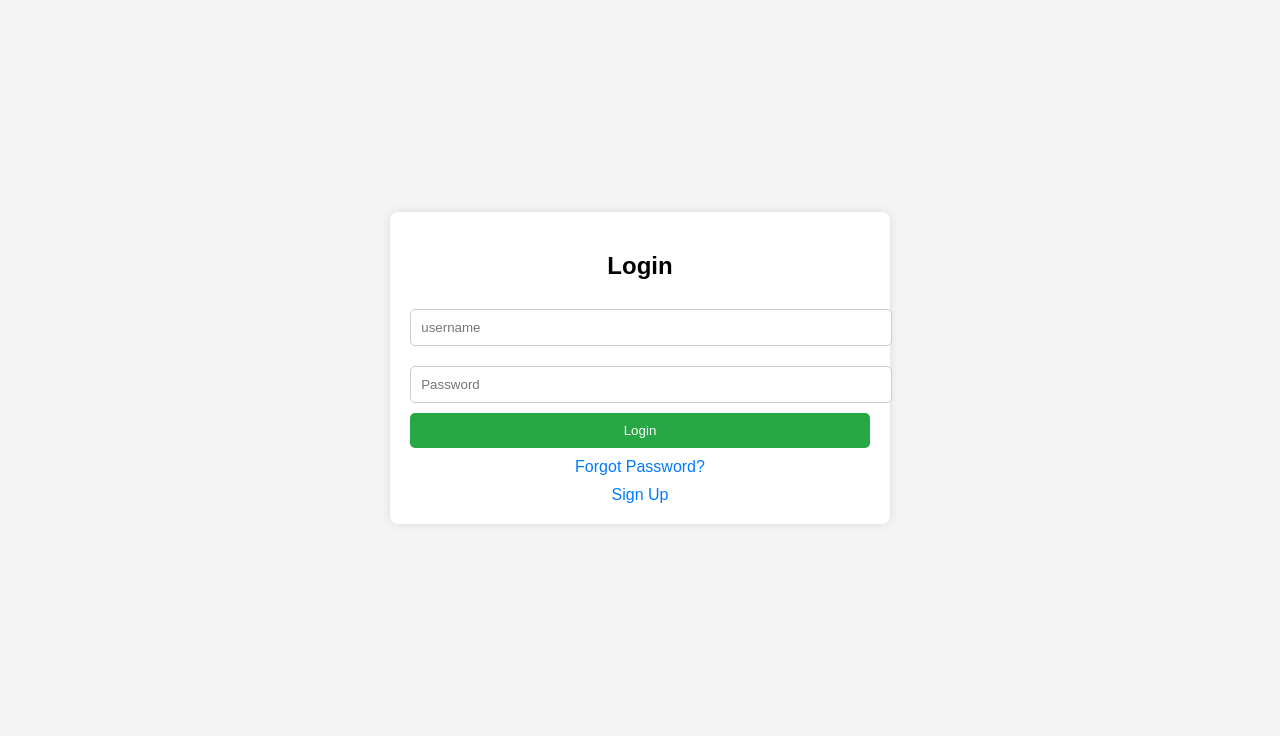
Repository: rahulmadasuongole/Demo
Page: firstwedapp/build/classes/webapp/loginfrom.html
These files come from the project's save history. The page is drawn as it stood at one moment and after the next save; the edit follows.
The browser window is 1280 px wide. The pictures show the whole page.

Above is the page before, as saved 2025-03-05 11:26:41.

After the next save:
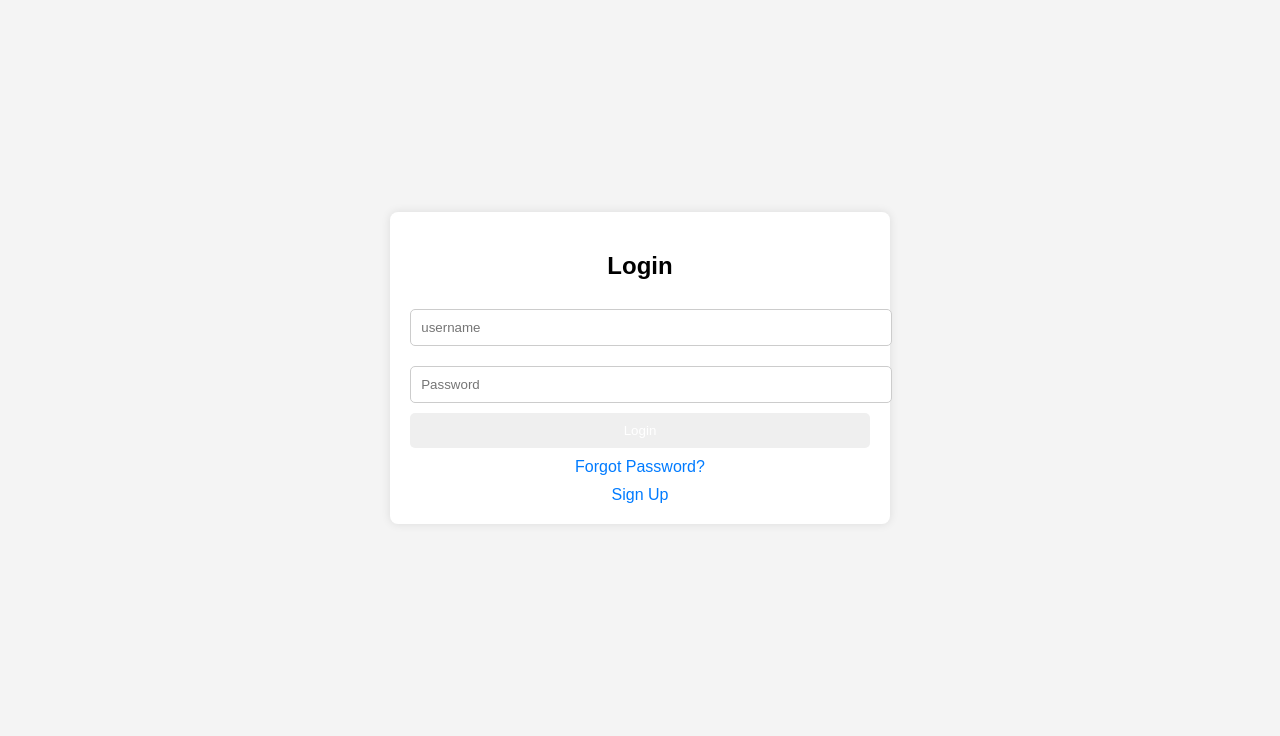
Saved 15 s later.
--- a/firstwedapp/build/classes/webapp/loginfrom.html
+++ b/firstwedapp/build/classes/webapp/loginfrom.html
@@ -30,7 +30,7 @@
         .login-container button {
             width: 100%;
             padding: 10px;
-            background: #28a745;
+            background: rgb(0, 128, 0), 0, 128);
             color: white;
             border: none;
             border-radius: 5px;
